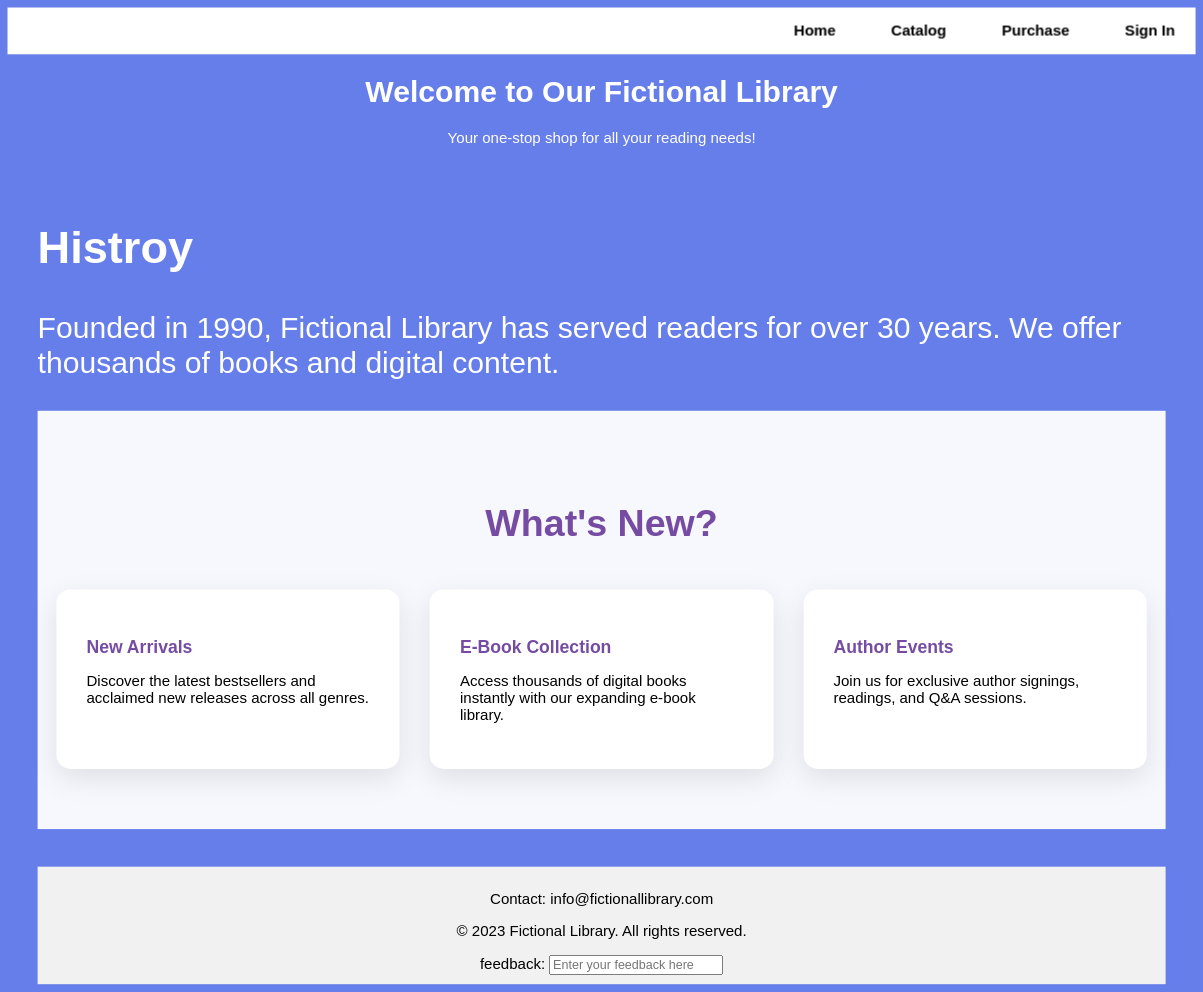
Repository: Ibrahim-Abohola/BookStore
Page: Homepage.html
These files come from the project's save history. The page is drawn as it stood at one moment and after the next save; the edit follows.
The browser window is 1280 px wide. The pictures show the whole page, at 94% of full size.

Above is the page before, as saved 2025-07-16 01:05:06.

After the next save:
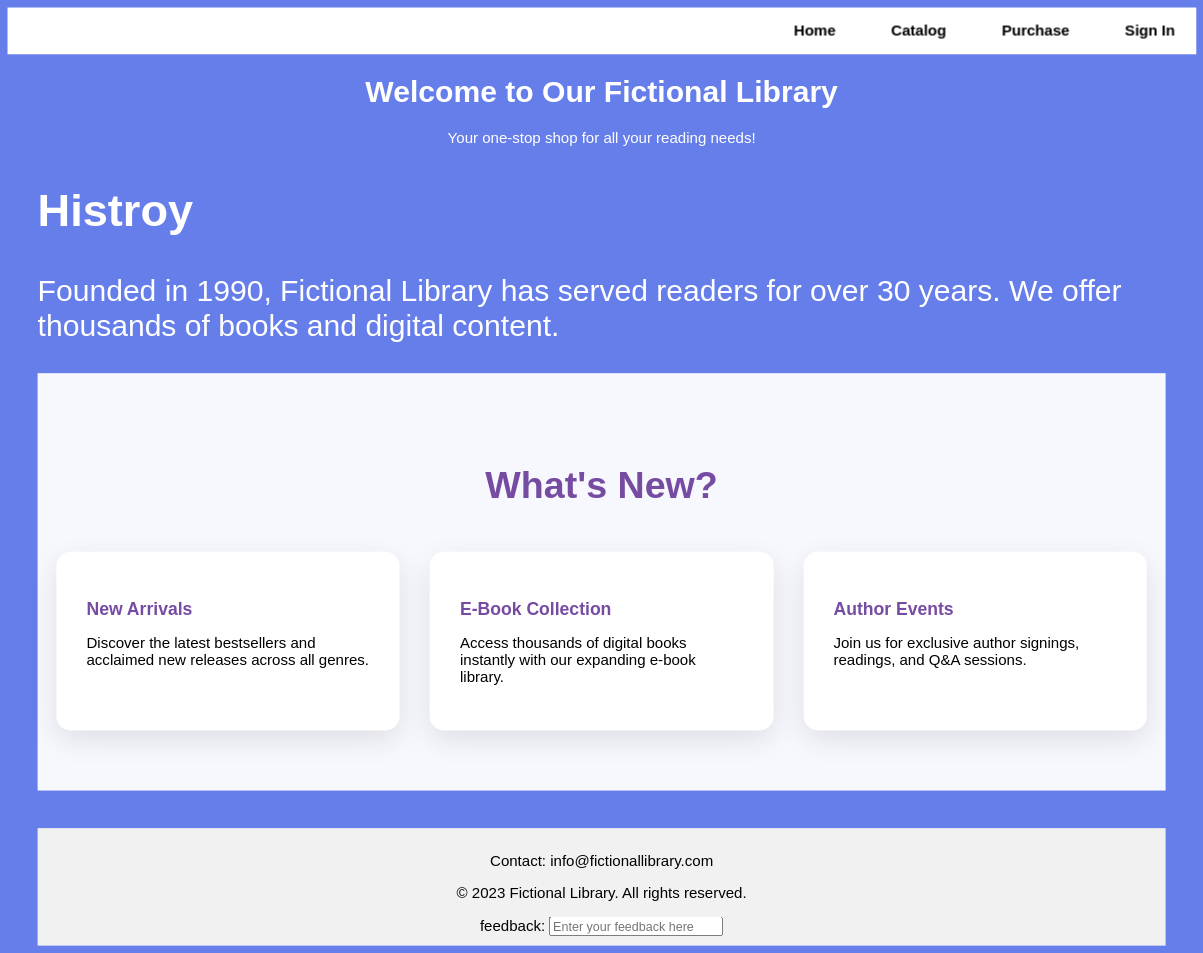
Saved 10 s later.
--- a/styles.css
+++ b/styles.css
@@ -70,8 +70,7 @@
 .intro {
     color: white;
     font-size: 2rem;
-    margin-bottom: 1rem;
-    margin-top: 80px;
+
 }
 
 .highlights {

After the save that followed:
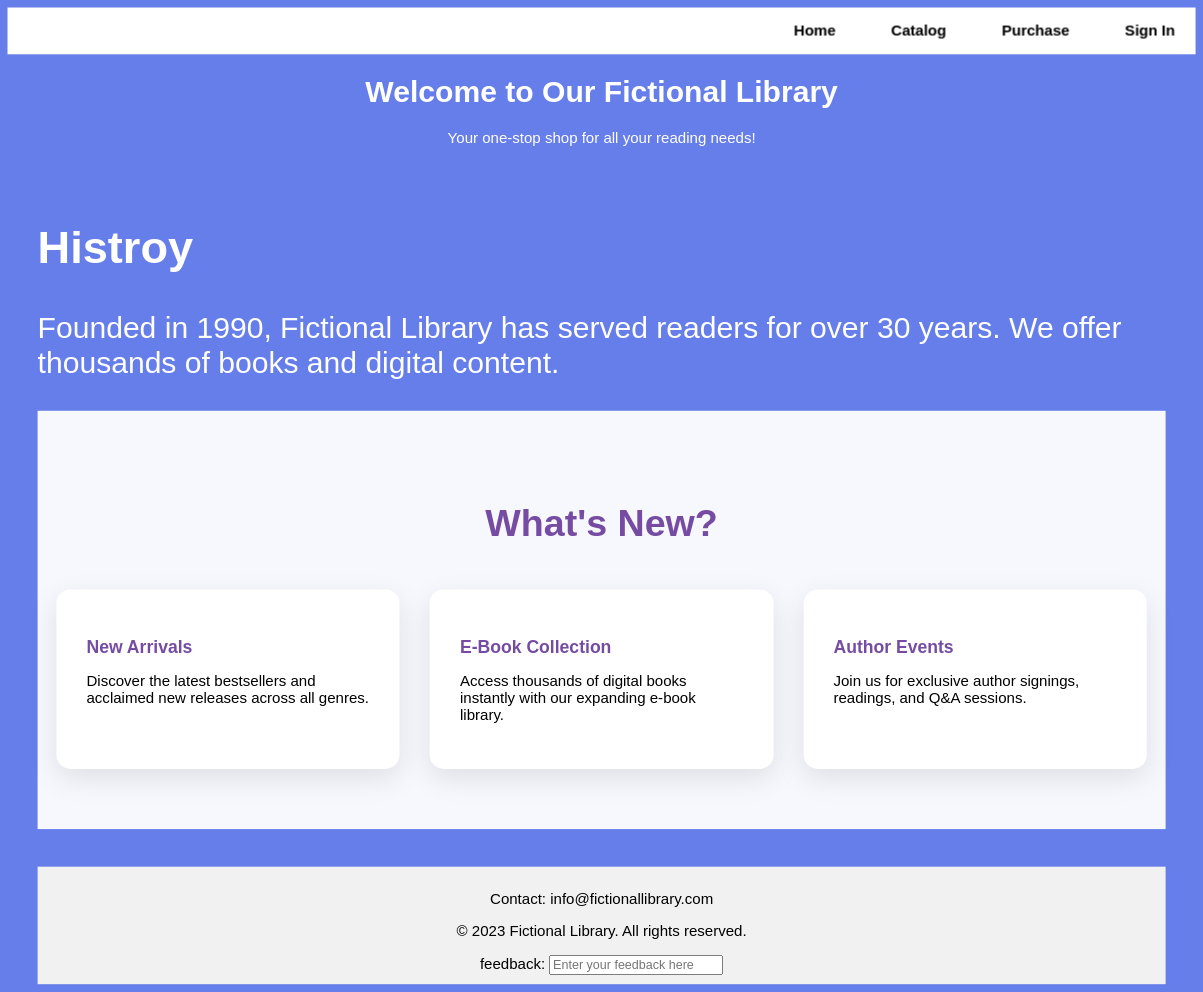
Saved 16 s later.
--- a/styles.css
+++ b/styles.css
@@ -70,7 +70,8 @@
 .intro {
     color: white;
     font-size: 2rem;
-
+    margin-bottom: 1rem;
+    margin-top: 80px;
 }
 
 .highlights {
